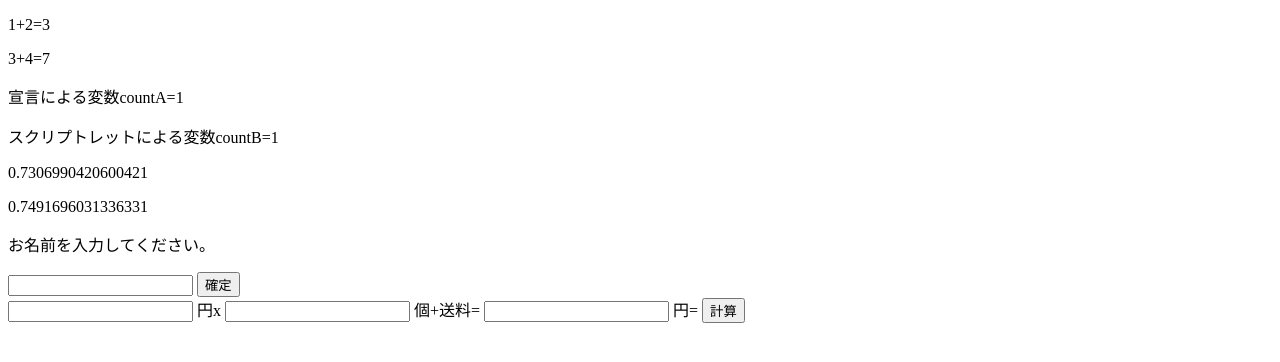
Repository: cha-git/test
Page: http://localhost/HelloJSP/
An editor plug-in stored every save of this project. The page is shown before and after the next save, followed by the edit.
The browser window is 1280 px wide. The pictures show the whole page.
The page is served by Tomcat 9.

Above is the page before, as saved 2018-12-03 12:21:12.

After the next save:
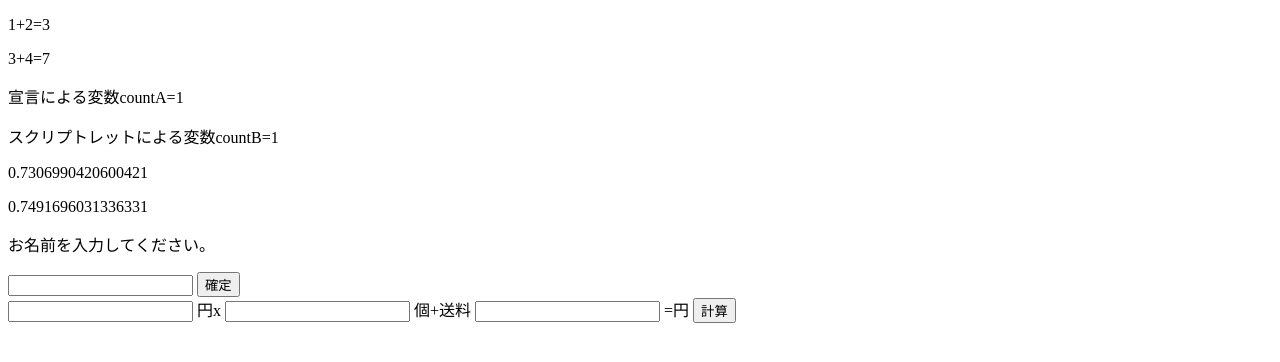
Saved 64 s later.
--- a/HelloJSP/WebContent/index.jsp
+++ b/HelloJSP/WebContent/index.jsp
@@ -41,9 +41,9 @@
 		<input type="text" name="price">
 		円x
 		<input type="text" name="count">
-		個+送料=
+		個+送料
 		<input type="text" name="delivery">
-		円=
+		=円
 		<input type="submit" value="計算">
 	</form>
 </body>
